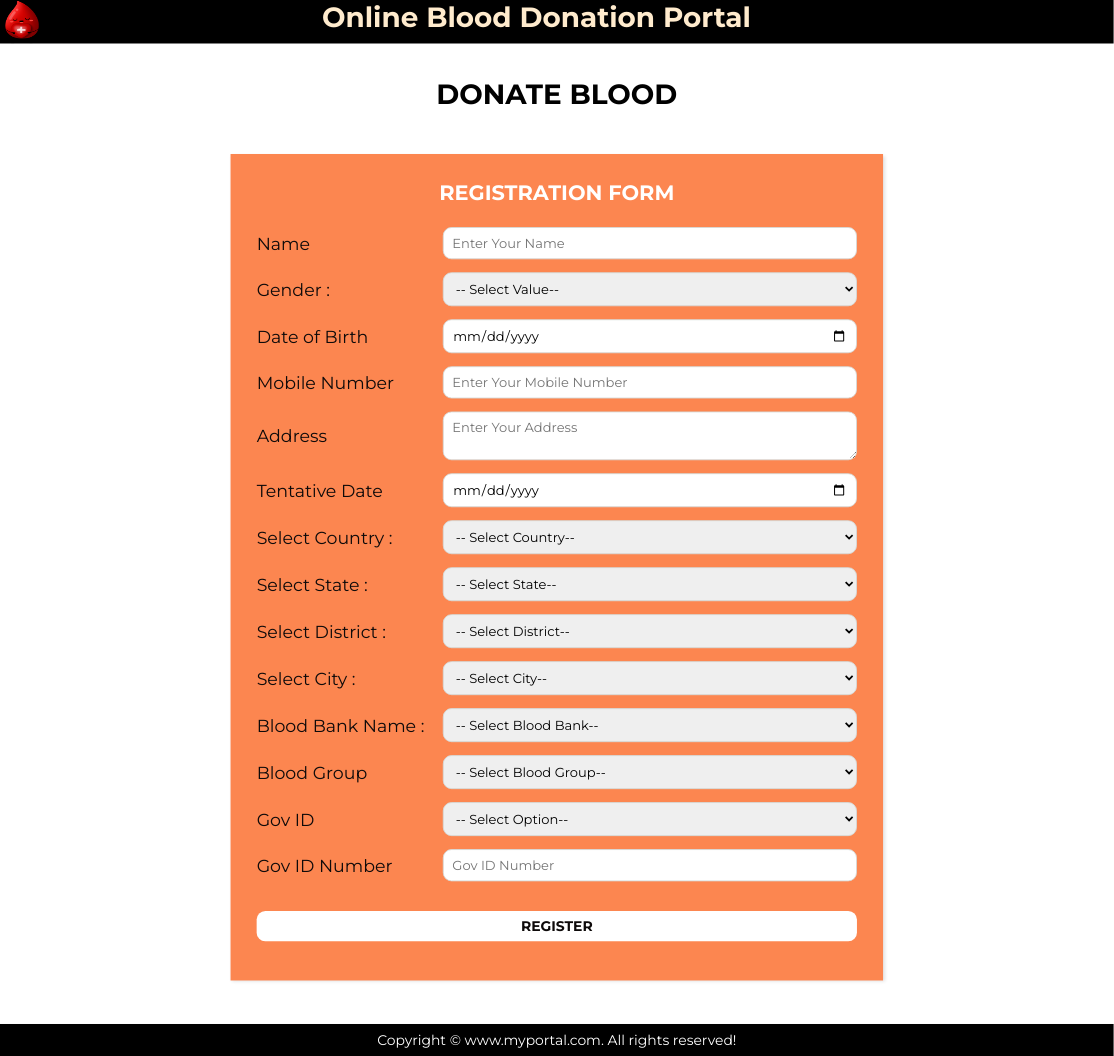
Repository: aditaya-burnwal/blood_donation_portal
Page: Donate Blood/donateblood.html
An editor plug-in stored every save of this project. The page is shown before and after the next save, followed by the edit.
The browser window is 1280 px wide. The pictures show the whole page, at 87% of full size.

Above is the page before, as saved 2021-05-16 14:10:41.

### Donate Blood/donateblood.html
<!DOCTYPE html>
<html lang="en">

<head>
    <meta charset="UTF-8">
    <meta http-equiv="X-UA-Compatible" content="IE=edge">
    <meta name="viewport" content="width=device-width, initial-scale=1.0">
    <link rel="icon" href="/Logo1.png">
    <link rel="stylesheet" href="donateblood.css">
    <title>Donate Blood</title>
</head>

<body>
    <div class="header">
        <img src="/Logo1.png" height="50px" width="50px">
        <h1 id="title">Online Blood Donation Portal</h1>
    </div>
    <br>
    <br>
    <h1 align="center">DONATE BLOOD</h1>
    <div class="wrapper">
        <div class="title">
            Registration Form
        </div>

        <div class="form">
            <div class="inputfield">
                <label>Name</label>
                <input type="text" name="name" placeholder="Enter Your Name" class="input" required>
            </div>

            <div class="inputfield">
                <label>Gender :</label>
                <select class="input" required>
                    <option value="">-- Select Value--</option>
                    <option value="Male">Male</option>
                    <option value="Female">Female</option>
                    <option value="Others">Others</option>
                </select>
            </div>

            <div class="inputfield">
                <label>Date of Birth</label>
                <input type="date" name="date" class="input">
            </div>

            <div class="inputfield">
                <label>Mobile Number</label>
                <input type="number" name="mobile" placeholder="Enter Your Mobile Number" class="input">
            </div>

            <div class="inputfield">
                <label>Address</label>
                <textarea name="address" placeholder="Enter Your Address" class="input"></textarea>
            </div>

            <div class="inputfield">
                <label>Tentative Date</label>
                <input type="date" name="tendate" class="input">
            </div>


            <div class="inputfield">
                <label>Select Country :</label>
                <select class="input">
                    <option value="">-- Select Country--</option>
                    <option value="India">India</option>
                    <option value="USA">USA</option>
                </select>
            </div>

            <div class="inputfield">
                <label>Select State :</label>
                <select class="input">
                    <option value="">-- Select State--</option>
                    <optgroup label="India">
                        <option value="Bihar">Bihar</option>
                        <option value="Delhi">Delhi</option>
                        <option value="Jharkhand">Jharkhand</option>
                        <option value="West Bengal">West Bengal</option>
                    </optgroup>
                    <optgroup label="USA">
                        <option value="New Mexico">New Mexico</option>
                        <option value="Texas">Texas</option>
                        <option value="Washington">Washington</option>
                    </optgroup>
                </select>
            </div>
            <div class="inputfield">
                <label>Select District :</label>
                <select class="input">
                    <option value="">-- Select District--</option>
                    <optgroup label="India">
                        <optgroup label="Bihar">
                            <option value="Bhagalpur">Bhagalpur</option>
                            <option value="Patna">Patna</option>
                        </optgroup>
                        <optgroup label="Jharkhand">
                            <option value="Deoghar">Deoghar</option>
                            <option value="Dhanbad">Dhanbad</option>
                        </optgroup>
                        <optgroup label="Delhi">
                        <option value="New Delhi">New Delhi</option>
                    </optgroup>
                    <optgroup label="West Bengal">
                        <option value="Howrah">Howrah</option>
                        <option value="Kolkata">Kolkata</option>
                        <option value="North 24 Parganas">North 24 Parganas</option>
                    </optgroup>
                </optgroup>
                    <optgroup label="USA">
                        <option value="New Mexico">New Mexico</option>
                        <option value="Texas">Texas</option>
                        <option value="Washington">Washington</option>
                    </optgroup>
                </select>
            </div>
            <div class="inputfield">
                <label>Select City : </label>
                <select class="input">
                    <option value="">-- Select City--</option>
                    <optgroup label="Bhagalpur">
                        <option value="Bhagalpur">Bhagalpur</option>
                        <option value="Sultanganj">Sultanganj</option>
                    </optgroup>
                    <optgroup label="Patna">
                        <option value="Danapur">Danapur</option>
                        <option value="Patna">Patna</option>
                    </optgroup>
                    <optgroup label="Deoghar">
                        <option value="Deoghar">Deoghar</option>
                        <option value="Madhupur">Madhupur</option>
                    </optgroup>
                    <optgroup label="Dhanbad">
                        <option value="Dhanbad">Dhanbad</option>
                    </optgroup>
                    <optgroup label="Delhi">
                        <option value="Firozabad">Firozabad</option>
                        <option value="New Delhi">New Delhi</option>
                    </optgroup>
                    <optgroup label="West Bengal">
                        <option value="Howrah">Howrah</option>
                        <option value="Kolkata">Kolkata</option>
                        <option value="Salt Lake City">Salt Lake City</option>
                    </optgroup>
                    <optgroup label="USA">
                        <option value="Brownsville">Brownsville</option>
                        <option value="Chicago">Chicago</option>
                        <option value="Las Cruces">Las Cruces</option>
                        <option value="New York City">New York City</option>
                        <option value="Seattle">Seattle</option>
                    </optgroup>
                </select>
            </div>

            <div class="inputfield">
                <label>Blood Bank Name : </label>
                <select class="input">
                    <option value="">-- Select Blood Bank--</option>
                    <optgroup label="Bhagalpur">
                        <option value="JLNMCHB">Blood Bank JLNMCH Bhagalpur</option>
                    </optgroup>
                    <optgroup label="Patna">
                        <option value="PMCH">Bihar State Blood Bank, PMCH, Patna</option>
                        <option value="IGIMSP">Blood Bank IGIMS Patna</option>
                        <option value="NMCH">Blood Bank NMCH Patna</option>
                    </optgroup>
                    <optgroup label="Deoghar">
                        <option value="SadarHosDeo">Blood Bank, Sadar Hospital, Deoghar</option>
                    </optgroup>
                    <optgroup label="Dhanbad">
                        <option value="PMCHS">Blood Bank, PMCHS, Dhanbad</option>
                        <option value="CHBB">Central Hospital Blood Bank</option>
                    </optgroup>
                    <optgroup label="Delhi">
                        <option value="KGH">Blood Bank, Kasturba Gandhi Hospital</option>
                        <option value="NRCH">Blood Bank, NRCH</option>
                        <option value="IRCNH">Indian Red Cross NH Blood Bank</option>
                    </optgroup>
                    <optgroup label="West Bengal">
                        <option value="BDHBB">Barasat District Hospital Blood Bank</option>
                        <option value="CMCH">Calcutta Medical College and Hospital</option>
                        <option value="NRSMCH">N.R.S Medical College and Hospital</option>

                    </optgroup>
                    <optgroup label="USA">
                        <option value="AABB">American Association of Blood Banks</option>
                        <option value="Alphacord">Alphacord</option>
                        <option value="ARCS">American Red Cross Services</option>
                        <option value="GCRBC">Gulf Coast Regional Blood Center</option>
                        <option value="Vitalant">Vitalant</option>
                    </optgroup>
                </select>
            </div>

            <div class="inputfield">
                <label>Blood Group</label>

                <select class="input" name="blgr">
                    <option value="">-- Select Blood Group--</option>
                    <option value="A +ve">A +ve</option>
                    <option value="A -ve">A -ve</option>
                    <option value="B +ve">B +ve</option>
                    <option value="B -ve">B -ve</option>
                    <option value="AB +ve">AB +ve</option>
                    <option value="AB -ve">AB -ve</option>
                    <option value="O +ve">O +ve</option>
                    <option value="O -ve">O -ve</option>
                </select>
            </div>

            <div class="inputfield">
                <label>Gov ID</label>

                <select class="input" name="GovId">
                    <option value="">-- Select Option--</option>
                    <option value="Aadhaar">Aadhaar Number</option>
                    <option value="DL">Driving License</option>
                    <option value="GovtIdent">Govt Authority Identifier</option>
                    <option value="PAN">PAN</option>
                    <option value="passport">Passport Number</option>
                    <option value="VoterId">Voter Id</option>
                </select>
            </div>

            <div class="inputfield">
                <label>Gov ID Number</label>
                <input type="number" name="GovIdNo" placeholder="Gov ID Number" class="input">
            </div>

            <br>

            <div class="inputfield">
                <a href="/this" class="submit">Register</a>
                <!-- <button type="submit" class="submit-btn">Log In</button> -->
            </div>
        </div>

    </div>


    <!-- <section>
        <marquee>
            Warning: Do not pay any amount to a person promising supply of blood packets or arranging donors.
            We don't collect money for any services provided.
        </marquee>
    </section> -->

    <footer>
        <div class="center">
            Copyright &copy; www.myportal.com. All rights reserved!
        </div>
    </footer>

</body>
<!--
<script>
    var stateObject = {
    "India": { "Delhi": ["new Delhi", "North Delhi"],
    "Kerala": ["Thiruvananthapuram", "Palakkad"],
    "Goa": ["North Goa", "South Goa"],
    },
    "Australia": {
    "South Australia": ["Dunstan", "Mitchell"],
    "Victoria": ["Altona", "Euroa"]
    }, "Canada": {
    "Alberta": ["Acadia", "Bighorn"],
    "Columbia": ["Washington", ""]
    },
    }
    window.onload = function () {
    var countySel = document.getElementById("countySel"),
    stateSel = document.getElementById("stateSel"),
    districtSel = document.getElementById("districtSel");
    for (var country in stateObject) {
    countySel.options[countySel.options.length] = new Option(country, country);
    }
    countySel.onchange = function () {
    stateSel.length = 1; // remove all options bar first
    districtSel.length = 1; // remove all options bar first
    if (this.selectedIndex < 1) return; // done
    for (var state in stateObject[this.value]) {
    stateSel.options[stateSel.options.length] = new Option(state, state);
    }
    }
    countySel.onchange(); // reset in case page is reloaded
    stateSel.onchange = function () {
    districtSel.length = 1; // remove all options bar first
    if (this.selectedIndex < 1) return; // done
    var district = stateObject[countySel.value][this.value];
    for (var i = 0; i < district.length; i++) {
    districtSel.options[districtSel.options.length] = new Option(district[i], district[i]);
    }
    }
    }
    </script> -->

</html>

### Donate Blood/donateblood.css
/* *{
    margin:0;
    padding:0;
    font-family: sans-serif;
}

#header{
    display: inline-flex;
    flex-direction: row;
    height: 50%;
    justify-content: center;
    text-align: center;
    font-family: 'Bree Serif', serif;
}
.donation-form-box{
    width: 480px;
    height: 480px;
    align-items: center;
    position: relative;
    margin: 6% auto;
    background: rgb(255, 82, 29);
    padding: 5px;
    overflow: hidden;
}

.input-group{
    align-items:center;
} */

@import url('https://fonts.googleapis.com/css?family=Montserrat:400,700&display=swap');

*{
  margin: 0;
  padding: 0;
  box-sizing: border-box;
  font-family: 'Montserrat', sans-serif;
}

html{
  scroll-behavior: smooth;
}

.wrapper{
  max-width: 750px;
  width: 100%;
  background: rgb(252, 134, 80);
  margin: 50px auto;
  box-shadow: 2px 2px 4px rgba(0,0,0,0.125);
  padding: 30px;
}

.wrapper .title{
  font-size: 24px;
  font-weight: 700;
  margin-bottom: 25px;
  color: #fff;
  text-transform: uppercase;
  text-align: center;
}

.wrapper .form{
  width: 100%;

}

.wrapper .form .inputfield{
  margin-bottom: 15px;
  display:flex;
  align-items: center;
}

.wrapper .form .inputfield label{
  width: 300px;
  color: #0e0a0a;
  margin-right: 10px;
  font-size: 20px;
  font-weight:500;
}

.wrapper .form .inputfield .input{
  width: 100%;
  outline: none;
  border: 1px solid #d5dbd9;
  font-size: 15px;
  padding: 8px 10px;
  border-radius: 10px;
}
.submit{
  width: 100%;
  text-transform: uppercase;
  text-decoration: none;
  font-weight:1000;
  text-align: center;
  color: #0e0a0a;
  background-color: white;
  padding: 8px 10px;
  border-radius: 10px;
}


.wrapper .form .inputfield .input:focus
{
  border: 1px solid #fe4d07;
}


.wrapper .form .inputfield .btn{
  width: 100%;
   padding: 8px 10px;
  font-size: 15px;
  border: 0px;
  background:  #f5d93d;
  color: rgb(7, 7, 7);
  cursor: pointer;
  border-radius: 3px;
  outline:none;
}



@media (max-width:420px) {
  .wrapper .form .inputfield{
    flex-direction: column;
    align-items: flex-start;
  }
  .wrapper .form .inputfield label{
    margin-bottom: 5px;
  }

}

.header{
    height: 50px;
    width: 100%;
    display: flex;
    background: black;
    flex-direction: row;
}

#title{
    color: blanchedalmond;
    margin-left: 25%;
    margin-right: 10%;
}

footer{
  background: black;
  color: white;
  padding: 9px 20px;
}

.center{
  text-align: center;
}

After the next save:
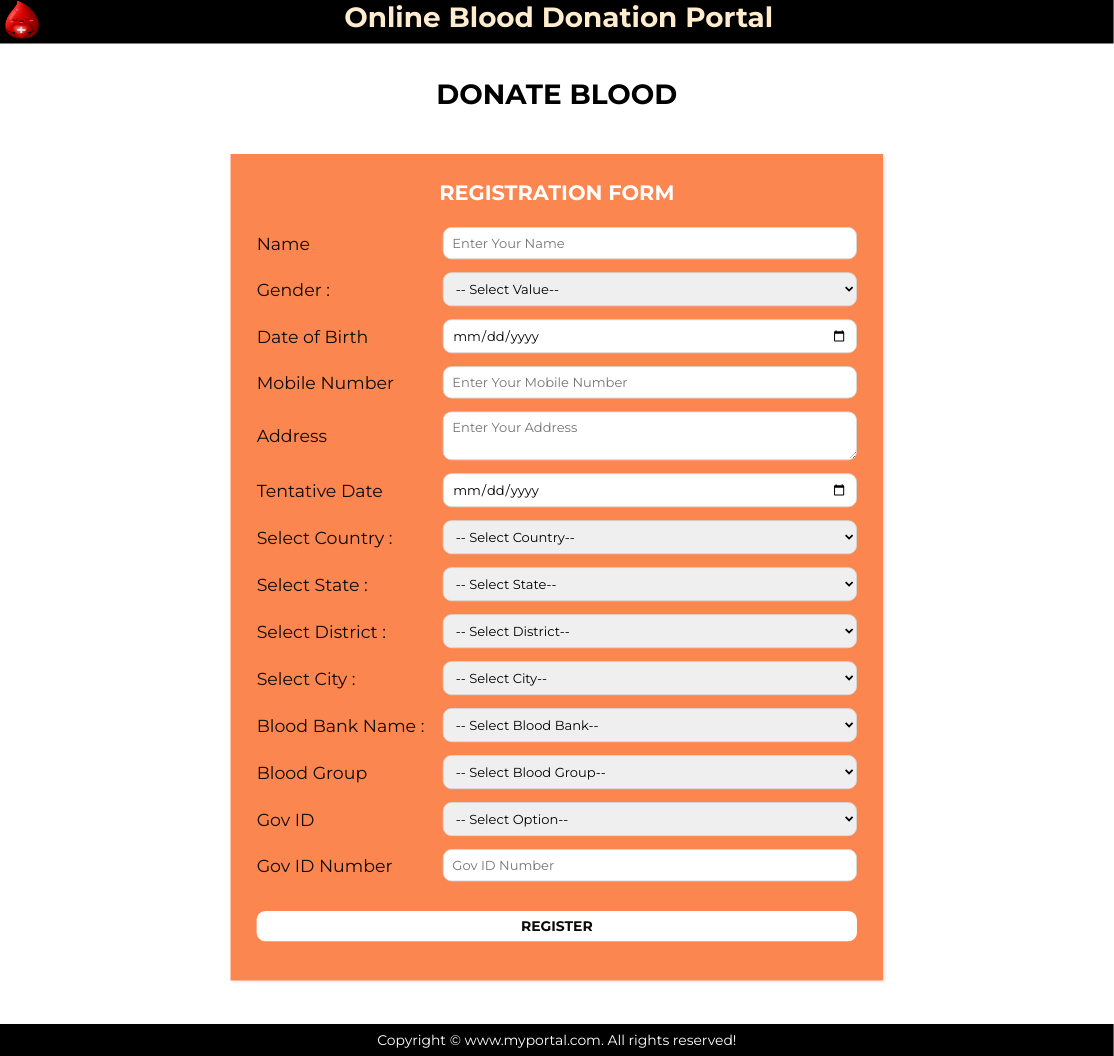
Saved 13 s later.
--- a/Donate Blood/donateblood.css
+++ b/Donate Blood/donateblood.css
@@ -139,7 +139,7 @@ html{
 
 #title{
     color: blanchedalmond;
-    margin-left: 25%;
+    margin-left: 27%;
     margin-right: 10%;
 }
 
